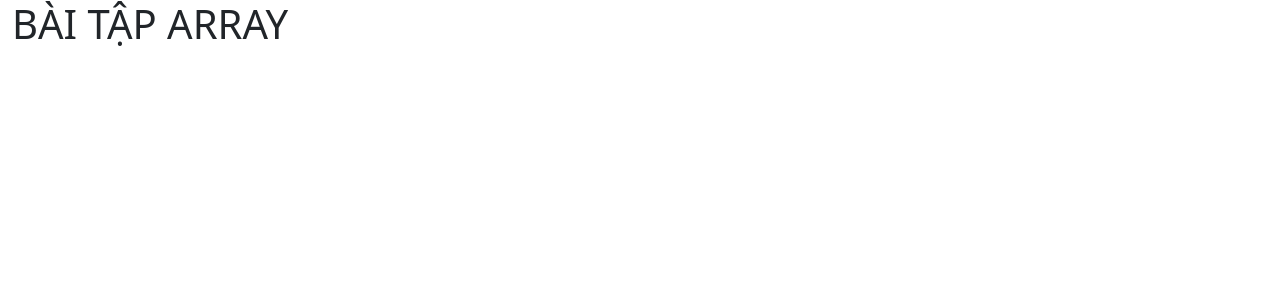
Repository: hcozyph/TranHuuPhuoc_BC43_BT_JS_Buoi7_8_ARRAY
Page: index.html
These files come from the project's save history. The page is drawn as it stood at one moment and after the next save; the edit follows.
The browser window is 1280 px wide. The pictures show the whole page.

Above is the page before, as saved 2023-02-20 11:10:40.

After the next save:
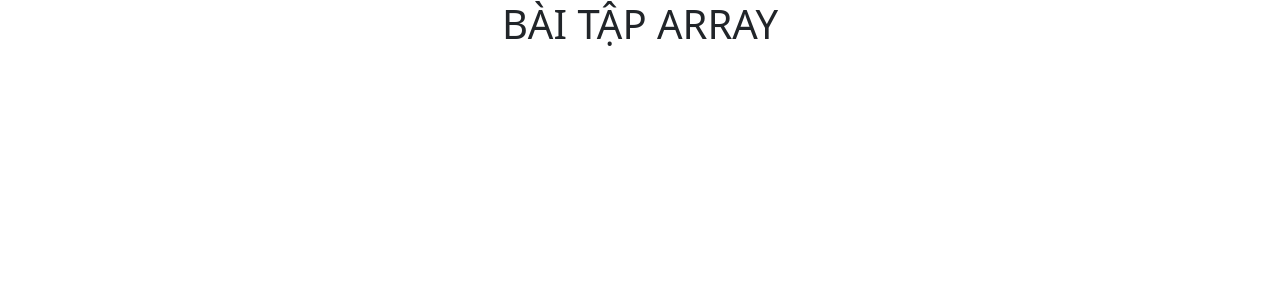
Saved 10 s later.
--- a/index.html
+++ b/index.html
@@ -23,7 +23,7 @@
 
     <body>
         <div class="container">
-            <div class="bt-array-title d-block">
+            <div class="bt-array-title d-block text-center">
                 <h1>BÀI TẬP ARRAY</h1>
             </div>
 
